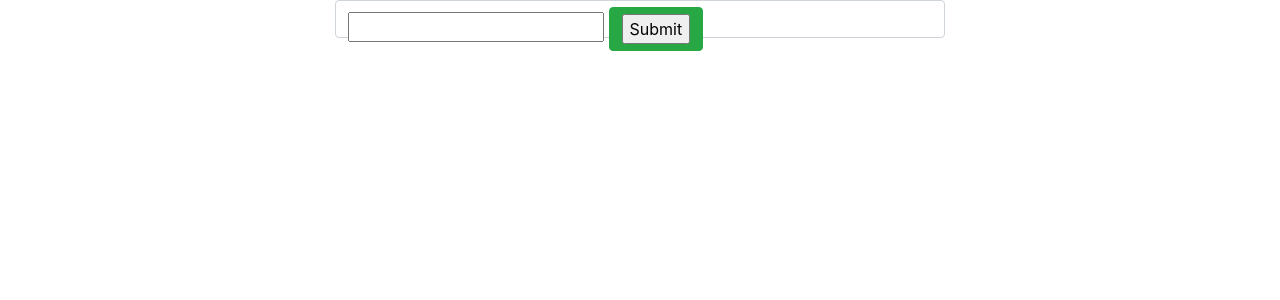
Repository: prashantkumarbind/Hospital-Weather-Concept
Page: http://localhost/weather-app/
The author's editor kept a copy of each file at every save. The page is drawn from the files as they stood at one save, then again after the next save.
The browser window is 1280 px wide. The pictures show the whole page.
The page is served by Tomcat 9.

Above is the page before, as saved 2024-01-19 03:57:05.

After the next save:
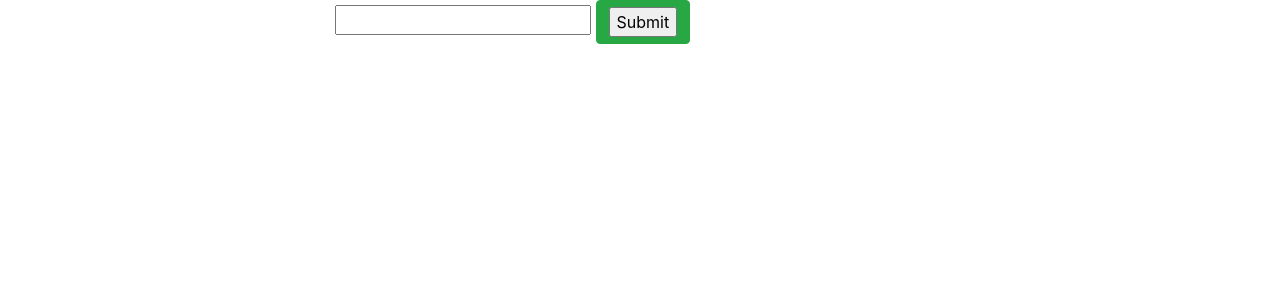
Saved 17 s later.
--- a/weather-app/src/main/webapp/index.jsp
+++ b/weather-app/src/main/webapp/index.jsp
@@ -17,7 +17,7 @@
 				<div class="row justify-content-center">
 					<div class="col-6 form controller">
 						<form action="FormDataController" method="Post">
-							 <div class="form-control">
+							 <div class="">
 							 	<input type="text" name="city_name" class="">
 							 	<button class="btn btn-success"><input type="submit"></button>
 							 </div>
